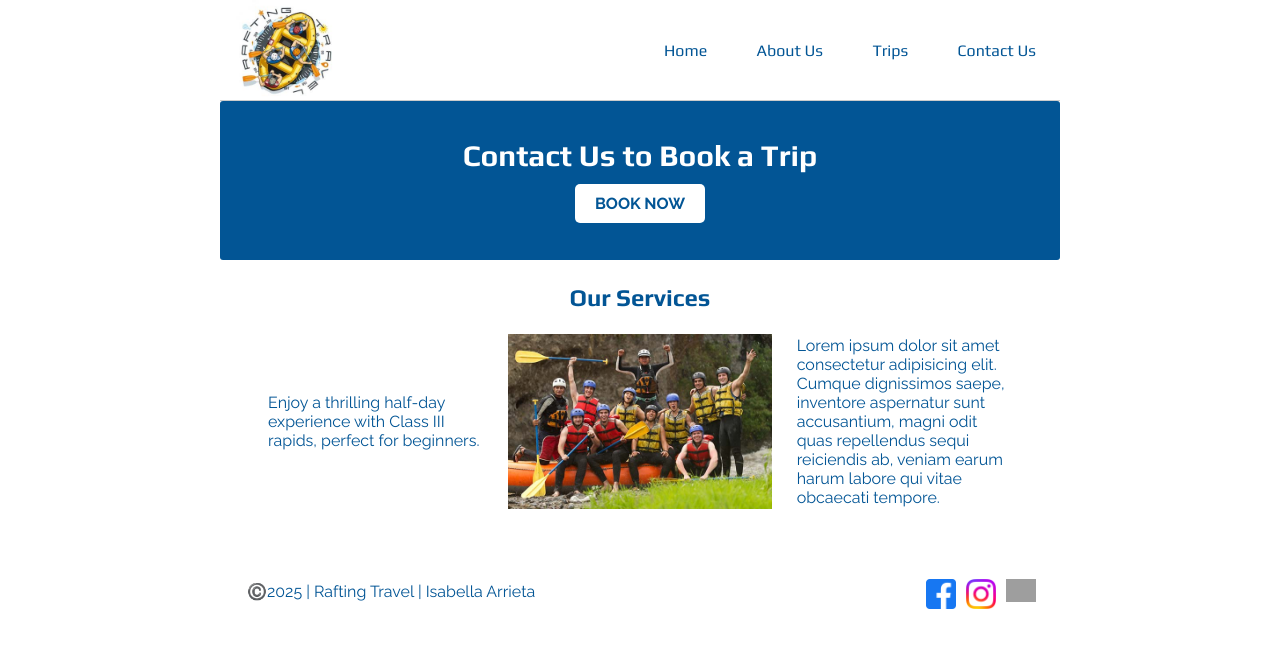
Repository: isaAJ05/wdd130
Page: wwr/trips.html
An editor plug-in stored every save of this project. The page is shown before and after the next save, followed by the edit.
The browser window is 1280 px wide. The pictures show the whole page.
Pictures or frames that could not be fetched are drawn as grey boxes.

Above is the page before, as saved 2025-06-16 23:10:20.

### wwr/trips.html
<!DOCTYPE html>
<html lang="en">
<head>
    <meta charset="UTF-8">
    <meta name="viewport" content="width=device-width, initial-scale=1.0">
    <title>Trips-Rafting Travel</title>
    <meta name="description" content="Info about the trips of Rafting Travel">
    <meta name="author" content="Isabella Arrieta">
    <link rel="stylesheet" href="styles/rafting.css">
    <link rel="preconnect" href="https://fonts.googleapis.com">
    <link rel="preconnect" href="https://fonts.gstatic.com" crossorigin>
    <link href="https://fonts.googleapis.com/css2?family=Play:wght@400;700&family=Raleway:ital,wght@0,100..900;1,100..900&display=swap" rel="stylesheet">
</head>
<body>
    <header>
        <img src ="images/z-raftingcompas.jpg" alt="Rafting Company Logo">
    <nav>
        <a href="index.html">Home</a>
        <a href="about.html">About Us</a>
        <a href="trips.html">Trips</a>
        <a href="contact.html">Contact Us</a>
    </nav>
    </header>
    <main>
        <div class="rectangle-3">
            <h1 class="header-3">Contact Us to Book a Trip</h1>
            <a href="contact.html" class="btn">BOOK NOW</a>
        </div>
        <section class="History">
            <h2>Our Services</h2>
            <p>Enjoy a thrilling half-day experience with Class III rapids, perfect for beginners.</p>
            <img src="images/rafting59_600.jpg" alt="Happy Client">
            <p>Lorem ipsum dolor sit amet consectetur adipisicing elit. Cumque dignissimos saepe, inventore aspernatur sunt accusantium, magni odit quas repellendus sequi reiciendis ab, veniam earum harum labore qui vitae obcaecati tempore.</p>
        </section>
        </main>
    <footer>
        <p>©️2025 | Rafting Travel | Isabella Arrieta</p>
        <nav class="socialmedia">
            <a href="https://www.facebook.com/">
                <img src="images/facebook.webp" alt="Facebook" width="30">
            </a>
            <a href="https://www.instagram.com/">
                <img src="images/instagram.webp" alt="Instagram" width="30">
            </a>
            <a href="https://x.com/home">
                <img src="images/x.webp" alt="X" width="30">
            </a>
        </nav>
    </footer>
</body>
</html>

### wwr/styles/rafting.css
:root {
    --primary-color: #FC9F1C;
    --secondary-color: #FFE77C;
    --accent1-color: #025595;
    --accent2-color: #A6DEF6;
    --heading-font: "Play", sans-serif;
    --body-font: "Raleway", sans-serif;
}

header {
    margin: 1rem auto;
    background-color: #fff;
    color: var(--secondary-color);
    display: grid;
	grid-template-columns: 1fr 1fr;
    align-items: center;
    border-bottom: 1px solid #ccc;

}
header img {
    width: 100px;
    height: auto;
    margin-left: 16px;
}
*{
    margin: 0;
    padding: 0;
    box-sizing: border-box;
}
body {
    font-family: var(--body-font);
    color: var(--accent1-color);
}
 header, main, footer {
    width: 840px;
    margin: 0 auto;
}
h1, h2{
    font-family: var(--heading-font);
    color: var(--accent1-color);
}
p, section, article{
    margin: 16px;
    padding: 8px;
}
.History {
    display: grid;
	grid-template-columns: 1fr 1fr 1fr;
    align-items: center;
    grid-gap: 1px;
}
.History h2{
    grid-column: 1/4;
    text-align: center;

}
.History img{
    width: 100%;
    height: auto;
}
.Adventure {
    display: grid;
    grid-template-columns: 1fr 1fr 1fr 1fr 1fr;
    align-items: center;
    grid-gap: 15px;
}
.Adventure h2{
    grid-column: 1/6;
    text-align: center;
}
.Adventure img{
    width: 100%;
    height: auto;
}
figcaption {
    text-align: center;
}
nav {
    margin: 16px;
    padding: 8px;
    display: flex;
    justify-content: space-between;
	flex: 1 1 auto;

}
nav a {
    text-decoration: none;
    font-family: var(--heading-font);
    color: var(--accent1-color);
}
nav a:hover {
    color: var(--primary-color);
    text-decoration: underline;
}

.socialmedia a{
    text-decoration: none;
}
.socialmedia {
    justify-content: right;
    gap: 10px;
}

.herodiv{
    position: relative;
    margin: 1em auto;

}

.herodiv img{
    display: block;
    width: 100%;
    height: auto;
}

.herodiv h1{
    position: absolute;
    top: 20px;
    width: 100%;
    padding: 16px;
    text-align: center;
    opacity: 0.9;
    background-color: var(--accent1-color);
    color: #ffffff;

}

.herodiv article{
    position: absolute;
    top: 150px;
    left: 5px;
    width: 800px;
    opacity: 0.9;
    background-color: var(--accent1-color);
    color: #ffffff;
}
.herodiv article img{
    float: right;
    width: 230px;
    padding: 8px;
}
footer {
    display: flex;

}
footer p {
    margin: 19px;
    padding: 8px;

}
.rectangle-3 {
	width: 840px;
	height: 159px;
	padding: 8px 8px 8px 8px;
	background:var(--accent1-color);
    margin: 0 auto;
    display: flex;
    flex-direction: column;
    align-items: center;
    justify-content: center;
	border-radius: 3px 3px 3px 3px;

}
.rectangle-3 .header-3 {
    width: 463px;
	height: 36px;
	color: #FFFFFF;
	font-family: var(--heading-font);
	font-weight: 700;
	font-size: 30px;
	line-height: 1.2;
	text-align: center;
}
.we-love-questions-and-feedback-and-we-re-always- {
	width: 418px;
	height: 44px;
	color: #FFFFFF;
	font-family: var(--body-font);
	font-weight: 400;
	font-size: 13px;
	line-height: 1.4;
	text-align: center;
}
.rectangle-4 {
	width: 840px;
	height: 348px;
	background: #FFFFFF;
	border-radius: 3px 3px 3px 3px;
    display: flex;
    align-items: flex-start;
}
.column-text{
    flex:1;
    padding: 20px;
    align-items: center;
}
.column-text .block{
    flex:1;
}

.column-map {
    flex: 1;
    text-align: right;;
}

.column-map iframe {
	max-width: 463px;
	height: 348px;
	background: #00000000;

}


.header-14 {
	width: 223px;
	color: var(--accent1-color);
	font-family: var(--body-font);
	font-weight: 700;
	font-size: 24px;
	line-height: 1.2;
    text-align: left;
    margin-top: 34px;
}
.jackson-wyoming-ee-uu- {

    margin-top: 35px;
	color: var(--accent1-color);
	font-family: var(--body-font);
	font-weight: 600;
	font-size: 16px;
	line-height: 1.1;
	text-align: left;
    padding-left: 6px;
}


.address-phone-and-email {
    margin-top: 20px;
	color: var(--accent1-color);
	font-family: var(--body-font);
	font-weight: 400;
	font-size: 11px;
	line-height: 1.5;
	text-align: left;
}
.address-phone-and-email img {
	width: 18px;
	height: 18px;
}
.address-phone-and-email figure {
    display: flex;
    gap: 10px;
    margin: 0;
    margin-top: 10px;
}



.rectangle-5 {
	width: 840px;
	height: 240px;
    padding: 20px 20px 20px 20px;
	background: var(--accent1-color);
	border-radius: 3px 3px 3px 3px;
    display: grid;
    grid-template-columns: 1fr 1fr 1fr;
    align-items: center;
    justify-items: center;
}
.rectangle-5 img {
	width: 120px;
	height: 135px;
	background: #00000000;
}

.rectangle-5 figcaption {
	width: 111px;
	height: 15px;
	color: #FFFFFF;
	font-family: var(--body-font);
	font-weight: 500;
	font-size: 14px;
	line-height: 1.1;
	text-align: center;
}

.header-16 {
	width: 223px;
	height: 48px;
	color: #FFFFFF;
	font-family: var(--heading-font);
	font-weight: 700;
	font-size: 24px;
	line-height: 1.2;
	text-align: center;
    grid-column: 1/4;
    margin: 0 auto;
}

.rectangle-6 {
	width: 840px;
	height: 551px;
	padding: 8px 8px 8px 8px;
	background: #EDF0F4;
	border-radius: 3px 3px 3px 3px;
}
.rectangle-7 {
	width: 840px;
	height: 340px;
	padding: 8px 8px 8px 8px;
	background: #EDF0F4;
	border-radius: 3px 3px 3px 3px;
}
.rectangle-6 h2, .rectangle-7 h2 {
    margin-top: 48px;
	color: #3B4754;
	font-family: var(--heading-font);
	font-weight: 700;
	font-size: 24px;
	line-height: 1.2;
	text-align: center;
}

.rectangle-6 p, .rectangle-7 p {
	color: #4f6278;
	font-family: var(--body-font);
	font-weight: 400;
	font-size: 13px;
	line-height: 1.5;
	text-align: center;
}

.rectangle-6 .row, .rectangle-7 .row {
    display: flex;
    gap: 20px;
    align-items: center;
    justify-content: center;
    padding-top: 16px;
    padding-bottom: 16px;

}

.rectangle-6 .form-title, .rectangle-7 .form-title {
    display: flex;
    flex-direction: column;

}
.rectangle-6 .form-title label, .rectangle-7 .form-title label {
	width: 31px;
	height: 12px;
	color: #3B4754;
	font-family: var(--body-font);
	font-weight: 700;
	font-size: 11px;
	line-height: 1.1;
	text-align: left;
}
.rectangle-6 .form-title input, .rectangle-7 .form-title input {
	width: 225px;
	height: 28px;
	background: #FFFFFF;
	color: #9FAFC1;
	border-color: #C9D3DD;
	border-width: 2px;
	border-style: solid;
	border-radius: 4px 4px 4px 4px;
	font-family: var(--body-font);
	font-weight: 400;
	font-size: 12px;
	text-align: left;
    margin-top: 4px;
}
.rectangle-6 .title label, .rectangle-7 .title label {
	width: 31px;
	height: 12px;
	color: #3B4754;
	font-family: var(--body-font);
	font-weight: 700;
	font-size: 11px;
	line-height: 1.1;
	text-align: left;
    padding-left: 176px;
}
.radio{
    padding-left: 176px;

}

input[type="radio"]{
	background: #FFFFFF;
	border-color: #C9D3DD;
	border-width: 1.5px;
	border-style: solid;
}
.radio label {
    font-family: var(--body-font);
	font-weight: normal;
	font-size: 12px;
	text-align: left;
    color: #232323;
}
.rectangle-6 .textarea {
    display: flex;
    flex-direction: column;
    align-items: center;
    justify-content: center;
}
.rectangle-6 .textarea textarea {
    width: 469px;
	height: 99px;
	background: #FFFFFF;
	color: #000000;
	border-color: #C9D3DD;
	border-width: 2px;
	border-style: solid;
	border-radius: 4px 4px 4px 4px;
	font-family: var(--body-font);
	font-weight: 400;
	font-size: 12px;
	text-align: left;

}
.check {
    padding-left: 260px;
    padding-top: 20px;
    padding-bottom: 16px;
}
.check checkbox {
	width: 371px;
	height: 19px;
	background: #FFFFFF;
	border-color: #C9D3DD;
	border-width: 1.5px;
	border-style: solid;

}

.check label{
    font-family: var(--body-font);
	font-weight: normal;
	font-size: 12px;
	text-align: left;
	color: #4f6278;;
}
.send {
    padding-left: 360px;
}
.rectangle-6 button, .hero button, .rectangle-7 button {
	width: 100px;
	height: 28px;
	padding: 0px 10px 0px 10px;
	background: var(--accent1-color);
	color: #FFFFFF;
	border-color: #3B4754;
	border-width: 1px;
	border-style: solid;
	border-radius: 2px 2px 2px 2px;
	font-family: var(--body-font);
	font-weight: 700;
	font-size: 10px;
	text-align: center;

}
.rectangle-6 button:hover, .btn:hover, .rectangle-7 button:hover {
    background: var(--primary-color);
    color: #fff;
    cursor: pointer;
}
.hero {
	position: relative;
}
.hero img {
	width: 100%;
	display: block;
}
.hero-text {
	position: absolute;
	top: 360px;
	width: 100%;
	text-align: center;
	background-color: var(--accent1-color);
	padding: 20px;
	opacity: 0.9;
	color: #ffffff;
}

.hero-text h1 {
	font-size: 1.7rem;
	margin: 0;
	font-family: var(--heading-font);
	color: #ffffff;
}
.btn {
	display: inline-block;
	margin-top: 10px;
	padding: 10px 20px;
	background-color: #ffffff;
	color: var(--accent1-color);
	text-decoration: none;
	border-radius: 5px;
	font-weight: bold;
}
.more-info {
    display: grid;
    grid-template-columns: 1fr 1fr 1fr;
    align-items: center;
    justify-items: center;

}

.more-info h2{
    grid-column: 1/4;
    text-align: center;
	margin-bottom: 16px;

}
.more-info img{
    width: 200px;
    height: auto;
}
.more-info figcaption{
	text-align: center;
	padding: 8px;
	font-family: var(--body-font);
	color: var(--accent1-color);
	font-weight: 500;
	font-size: 14px;
}

After the next save:
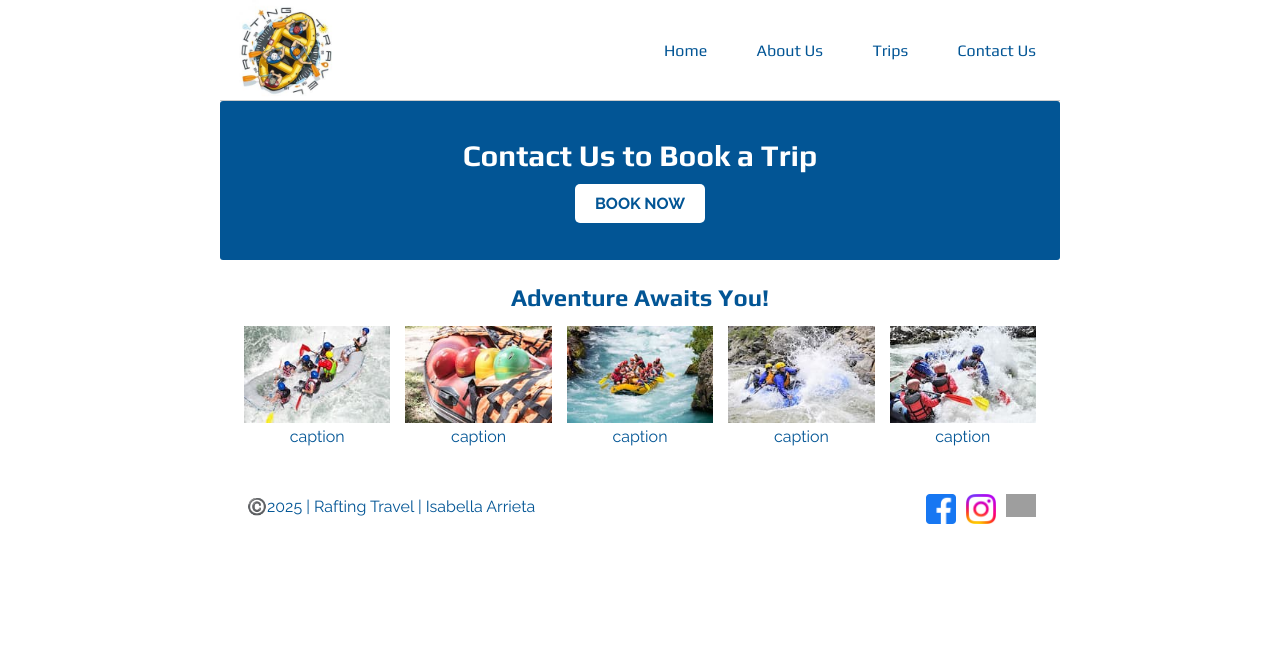
Saved 66 s later.
--- a/wwr/trips.html
+++ b/wwr/trips.html
@@ -26,11 +26,28 @@
             <h1 class="header-3">Contact Us to Book a Trip</h1>
             <a href="contact.html" class="btn">BOOK NOW</a>
         </div>
-        <section class="History">
-            <h2>Our Services</h2>
-            <p>Enjoy a thrilling half-day experience with Class III rapids, perfect for beginners.</p>
-            <img src="images/rafting59_600.jpg" alt="Happy Client">
-            <p>Lorem ipsum dolor sit amet consectetur adipisicing elit. Cumque dignissimos saepe, inventore aspernatur sunt accusantium, magni odit quas repellendus sequi reiciendis ab, veniam earum harum labore qui vitae obcaecati tempore.</p>
+        <section class="Adventure">
+            <h2>Adventure Awaits You!</h2>
+            <figure>
+                <img src="images/1.jpg" alt="">
+                <figcaption>caption</figcaption>
+            </figure>
+            <figure>
+                <img src="images/2.jpg" alt="">
+                <figcaption>caption</figcaption>
+            </figure>
+            <figure>
+                <img src="images/5.jpg" alt="">
+                <figcaption>caption</figcaption>
+            </figure>
+            <figure>
+                <img src="images/4.jpg" alt="">
+                <figcaption>caption</figcaption>
+            </figure>
+            <figure>
+                <img src="images/3.jpg" alt="">
+                <figcaption>caption</figcaption>
+            </figure>
         </section>
         </main>
     <footer>
